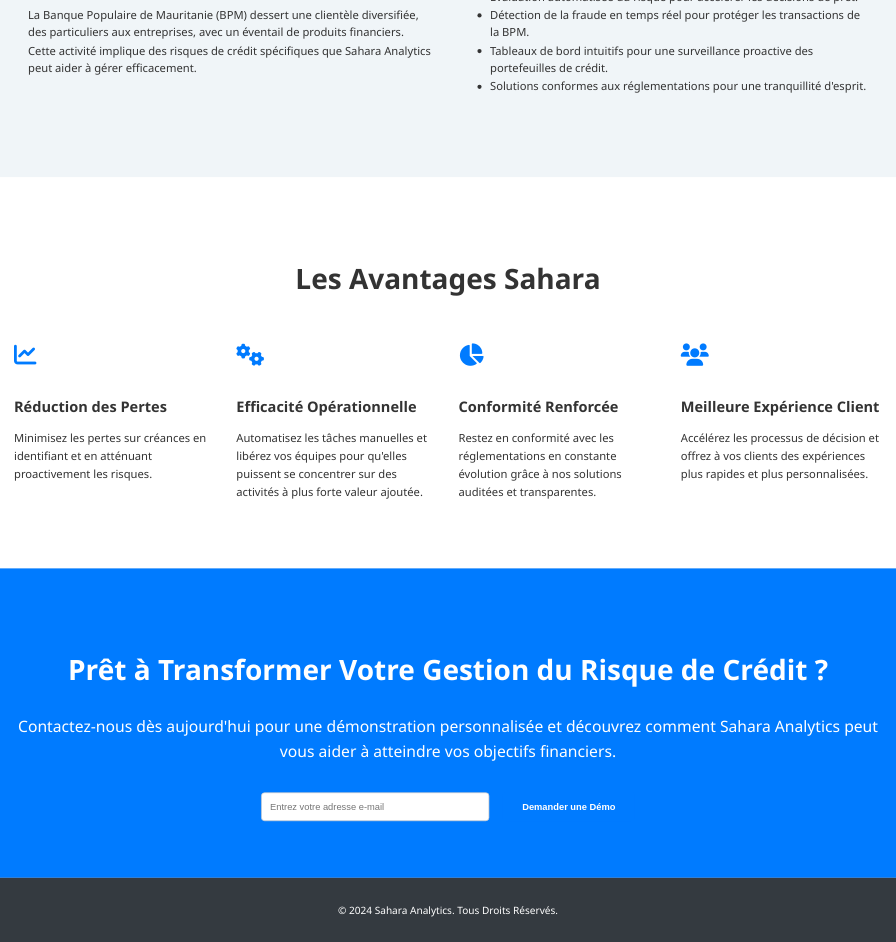
Repository: saharaAI/website
Page: landing_page/index.html
An editor plug-in stored every save of this project. The page is shown before and after the next save, followed by the edit.
The browser window is 1280 px wide. The pictures show the part of the page from y = 1830 to 3750 px (the page is 3176 px tall before and 3750 px after), at 70% of full size.

Above is the page before, as saved 2024-06-29 14:34:19.

### landing_page/index.html
<!DOCTYPE html>
<html lang="fr">
<head>
    <meta charset="UTF-8">
    <meta name="viewport" content="width=device-width, initial-scale=1.0">
    <title>Sahara Analytics - Révolutionnez Votre Gestion du Risque de Crédit</title>
    <link rel="stylesheet" href="https://cdnjs.cloudflare.com/ajax/libs/font-awesome/6.0.0-beta3/css/all.min.css">
    <style>
        /* GENERAL */
        body {
            font-family: 'Segoe UI', Tahoma, Geneva, Verdana, sans-serif;
            margin: 0;
            padding: 0;
            color: #333;
            background-color: #f5f5f5;
            line-height: 1.6;
        }

        a {
            text-decoration: none;
            color: #007bff;
            transition: color 0.3s ease;
        }

        a:hover {
            color: #0056b3;
        }

        .btn {
            display: inline-block;
            padding: 14px 28px;
            background-color: #007bff;
            color: #fff;
            border-radius: 5px;
            transition: background-color 0.3s ease;
            font-weight: 600;
            border: none;
        }

        .btn:hover {
            background-color: #0056b3;
            cursor: pointer;
        }

        /* HEADER */
        header {
            background-color: #343a40;
            color: #fff;
            padding: 30px 0;
            text-align: center;
            box-shadow: 0 2px 4px rgba(0,0,0,0.1);
        }

        header h1 {
            margin: 0;
            font-size: 3em;
            font-weight: 600;
        }

        header h2 {
            margin: 15px 0 0;
            font-size: 1.4em;
            font-weight: 300;
        }

        /* HERO SECTION */
        .hero {
            display: flex;
            justify-content: center;
            align-items: center;
            padding: 80px 20px;
            background-color: #ffffff;
        }

        .hero-image {
            flex: 1;
            margin-right: 40px;
            text-align: center;
        }

        .hero-image img {
            max-width: 100%;
            height: auto;
            border-radius: 10px;
            box-shadow: 0 4px 8px rgba(0,0,0,0.1);
        }

        .hero-text {
            flex: 1;
        }

        .hero-text h3 {
            font-size: 2em;
            margin-bottom: 20px;
            font-weight: 600;
        }

        .hero-text p {
            font-size: 1.3em;
            margin-bottom: 30px;
        }

        /* SERVICES SECTION */
        .services {
            text-align: center;
            padding: 80px 20px;
            background-color: #f8f9fa;
        }

        .services h2 {
            margin-bottom: 60px;
            font-size: 2.5em;
            font-weight: 600;
        }

        .services-grid {
            display: grid;
            grid-template-columns: repeat(auto-fit, minmax(300px, 1fr));
            grid-gap: 30px;
        }

        .service {
            background-color: #fff;
            border: 1px solid #ddd;
            border-radius: 10px;
            padding: 30px;
            text-align: left;
            box-shadow: 0 4px 8px rgba(0,0,0,0.1);
            transition: transform 0.3s ease;
        }

        .service:hover {
            transform: translateY(-5px);
        }

        .service img {
            width: 80px;
            height: 80px;
            margin-bottom: 20px;
            border-radius: 50%;
        }

        .service h3 {
            font-size: 1.6em;
            margin-bottom: 15px;
            font-weight: 600;
        }

        /* BENEFITS SECTION */
        .benefits {
            text-align: center;
            padding: 80px 20px;
            background-color: #ffffff;
        }

        .benefits h2 {
            margin-bottom: 60px;
            font-size: 2.5em;
            font-weight: 600;
        }

        .benefits-grid {
            display: grid;
            grid-template-columns: repeat(auto-fit, minmax(250px, 1fr));
            grid-gap: 30px;
        }

        .benefit {
            text-align: left;
        }

        .benefit i {
            font-size: 2em;
            color: #007bff;
            margin-bottom: 15px;
        }

        .benefit h4 {
            font-size: 1.3em;
            margin-bottom: 10px;
            font-weight: 600;
        }

        /* CALL TO ACTION */
        .cta {
            text-align: center;
            padding: 80px 20px;
            background-color: #007bff;
            color: #fff;
        }

        .cta h2 {
            margin-bottom: 30px;
            font-size: 2.5em;
            font-weight: 600;
        }

        .cta p {
            font-size: 1.4em;
            margin-bottom: 40px;
        }

        .cta form {
            display: inline-block;
        }

        .cta input[type="email"] {
            padding: 12px;
            border-radius: 5px;
            border: 1px solid #ccc;
            margin-right: 15px;
            width: 300px;
        }

        /* CUSTOM SECTION FOR BPM */
        .bpm-section {
            padding: 80px 20px;
            background-color: #f0f5f8; /* Light blue-grey */
        }

        .bpm-section h2 {
            text-align: center;
            margin-bottom: 40px;
            font-size: 2.5em;
            font-weight: 600;
        }

        .bpm-content {
            display: flex;
            flex-wrap: wrap;
            justify-content: space-around;
            align-items: center;
        }

        .bpm-text {
            flex: 1 1 400px; /* Adjust flex values as needed */
            margin: 20px;
        }

        .bpm-text ul {
            list-style-type: disc;
            padding-left: 40px; /* Indent list items */
        }

        /* FOOTER */
        footer {
            background-color: #343a40;
            color: #fff;
            text-align: center;
            padding: 20px 0;
            font-size: 0.9em;
        }

        /* Media Queries for Responsiveness */
        @media (max-width: 768px) {
            header h1 {
                font-size: 2.5em;
            }

            .hero {
                flex-direction: column;
            }

            .hero-image {
                margin-right: 0;
                margin-bottom: 30px;
            }

            .bpm-content {
                flex-direction: column; /* Stack elements vertically */
            }

            .bpm-text {
                flex: 1 1 100%; /* Take full width on small screens */
                margin: 20px 0; /* Reset margin for better spacing */
            }
        }
    </style>
</head>
<body>

    <header>
        <h1>Sahara Analytics</h1>
        <h2>Révolutionnez Votre Gestion du Risque de Crédit</h2>
    </header>

    <section class="hero">
        <div class="hero-image">
            <img src="images/hero.png" alt="Analyse de données">
        </div>
        <div class="hero-text">
            <h3>Des Décisions Plus Intelligentes. Des Risques Moindres.</h3>
            <p>Dans le paysage financier en évolution rapide d'aujourd'hui, la gestion efficace du risque de crédit est primordiale. Sahara Analytics vous donne les moyens de prendre des décisions éclairées, de minimiser les pertes et d'améliorer vos résultats.</p>
            <a href="#contact" class="btn">Obtenez une Démonstration</a>
        </div>
    </section>

    <section class="services">
        <h2>Nos Solutions</h2>
        <div class="services-grid">
            <div class="service">
                <img src="images/analyse.png" alt="Analyse de données">
                <h3>Analyse Automatisée du Risque</h3>
                <p>Évaluez la solvabilité des clients avec une précision et une rapidité inégalées grâce à nos modèles de Machine Learning de pointe.</p>
            </div>
            <div class="service">
                <img src="images/fraud.jpg" alt="Détection de la fraude">
                <h3>Détection de la Fraude</h3>
                <p>Protégez votre institution contre les activités frauduleuses grâce à nos algorithmes d'IA qui identifient et signalent les transactions suspectes en temps réel.</p>
            </div>
            <div class="service">
                <img src="images/portfolio.jpeg" alt="Gestion de portefeuille">
                <h3>Gestion de Portefeuille</h3>
                <p>Optimisez vos stratégies de prêt et améliorez la rentabilité en surveillant activement la santé de votre portefeuille de crédit et en anticipant les risques potentiels.</p>
            </div>
        </div>
    </section>


    <!-- Section spécifique à la BPM -->
    <section class="bpm-section">
        <h2>Proposition de Valeur pour la BPM</h2>

        <div class="bpm-content">

            <div class="bpm-text">
                <h3>Comprendre vos besoins</h3>
                <p>La Banque Populaire de Mauritanie (BPM) dessert une clientèle diversifiée, des particuliers aux entreprises, avec un éventail de produits financiers. Cette activité implique des risques de crédit spécifiques que Sahara Analytics peut aider à gérer efficacement.</p>
            </div>

            <div class="bpm-text">
                <h3>Solutions sur mesure</h3>
                <ul>
                    <li>Évaluation automatisée du risque pour accélérer les décisions de prêt.</li>
                    <li>Détection de la fraude en temps réel pour protéger les transactions de la BPM.</li>
                    <li>Tableaux de bord intuitifs pour une surveillance proactive des portefeuilles de crédit.</li>
                    <li>Solutions conformes aux réglementations pour une tranquillité d'esprit.</li>
                </ul>
            </div>

        </div>
    </section>


    <section class="benefits">
        <h2>Les Avantages Sahara</h2>
        <div class="benefits-grid">
            <div class="benefit">
                <i class="fas fa-chart-line"></i>
                <h4>Réduction des Pertes</h4>
                <p>Minimisez les pertes sur créances en identifiant et en atténuant proactivement les risques.</p>
            </div>
            <div class="benefit">
                <i class="fas fa-cogs"></i>
                <h4>Efficacité Opérationnelle</h4>
                <p>Automatisez les tâches manuelles et libérez vos équipes pour qu'elles puissent se concentrer sur des activités à plus forte valeur ajoutée.</p>
            </div>
            <div class="benefit">
                <i class="fas fa-chart-pie"></i>
                <h4>Conformité Renforcée</h4>
                <p>Restez en conformité avec les réglementations en constante évolution grâce à nos solutions auditées et transparentes.</p>
            </div>
            <div class="benefit">
                <i class="fas fa-users"></i>
                <h4>Meilleure Expérience Client</h4>
                <p>Accélérez les processus de décision et offrez à vos clients des expériences plus rapides et plus personnalisées.</p>
            </div>
        </div>
    </section>

    <section class="cta" id="contact">
        <h2>Prêt à Transformer Votre Gestion du Risque de Crédit ?</h2>
        <p>Contactez-nous dès aujourd'hui pour une démonstration personnalisée et découvrez comment Sahara Analytics peut vous aider à atteindre vos objectifs financiers.</p>
        <form action="/submit" method="post">
            <input type="email" name="email" placeholder="Entrez votre adresse e-mail" required>
            <button type="submit" class="btn">Demander une Démo</button>
        </form>
    </section>

    <footer>
        <p>© 2024 Sahara Analytics. Tous Droits Réservés.</p>
    </footer>

</body>
</html>

After the next save:
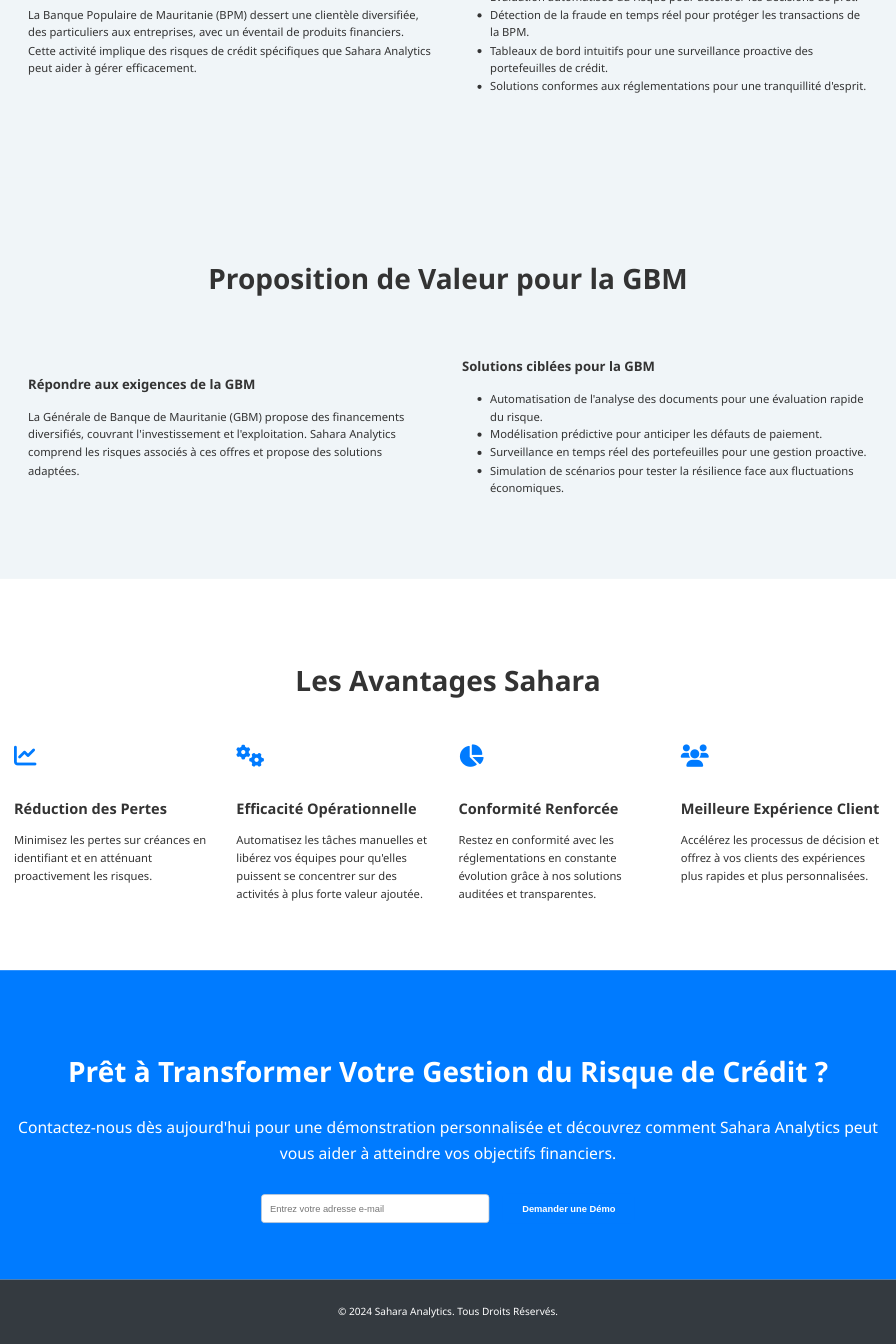
Saved 7 s later.
--- a/landing_page/index.html
+++ b/landing_page/index.html
@@ -212,32 +212,32 @@
             width: 300px;
         }
 
-        /* CUSTOM SECTION FOR BPM */
-        .bpm-section {
+        /* CUSTOM SECTION FOR BPM & GBM */
+        .custom-section {
             padding: 80px 20px;
             background-color: #f0f5f8; /* Light blue-grey */
         }
 
-        .bpm-section h2 {
+        .custom-section h2 {
             text-align: center;
             margin-bottom: 40px;
             font-size: 2.5em;
             font-weight: 600;
         }
 
-        .bpm-content {
+        .custom-content {
             display: flex;
             flex-wrap: wrap;
             justify-content: space-around;
             align-items: center;
         }
 
-        .bpm-text {
+        .custom-text {
             flex: 1 1 400px; /* Adjust flex values as needed */
             margin: 20px;
         }
 
-        .bpm-text ul {
+        .custom-text ul {
             list-style-type: disc;
             padding-left: 40px; /* Indent list items */
         }
@@ -266,11 +266,11 @@
                 margin-bottom: 30px;
             }
 
-            .bpm-content {
+            .custom-content {
                 flex-direction: column; /* Stack elements vertically */
             }
 
-            .bpm-text {
+            .custom-text {
                 flex: 1 1 100%; /* Take full width on small screens */
                 margin: 20px 0; /* Reset margin for better spacing */
             }
@@ -318,17 +318,17 @@
 
 
     <!-- Section spécifique à la BPM -->
-    <section class="bpm-section">
+    <section class="custom-section">
         <h2>Proposition de Valeur pour la BPM</h2>
 
-        <div class="bpm-content">
-
-            <div class="bpm-text">
+        <div class="custom-content">
+
+            <div class="custom-text">
                 <h3>Comprendre vos besoins</h3>
                 <p>La Banque Populaire de Mauritanie (BPM) dessert une clientèle diversifiée, des particuliers aux entreprises, avec un éventail de produits financiers. Cette activité implique des risques de crédit spécifiques que Sahara Analytics peut aider à gérer efficacement.</p>
             </div>
 
-            <div class="bpm-text">
+            <div class="custom-text">
                 <h3>Solutions sur mesure</h3>
                 <ul>
                     <li>Évaluation automatisée du risque pour accélérer les décisions de prêt.</li>
@@ -340,6 +340,31 @@
 
         </div>
     </section>
+
+
+        <!-- Section spécifique à la GBM -->
+        <section class="custom-section">
+            <h2>Proposition de Valeur pour la GBM</h2>
+
+            <div class="custom-content">
+
+                <div class="custom-text">
+                    <h3>Répondre aux exigences de la GBM</h3>
+                    <p>La Générale de Banque de Mauritanie (GBM) propose des financements diversifiés, couvrant l'investissement et l'exploitation. Sahara Analytics comprend les risques associés à ces offres et propose des solutions adaptées.</p>
+                </div>
+
+                <div class="custom-text">
+                    <h3>Solutions ciblées pour la GBM</h3>
+                    <ul>
+                        <li>Automatisation de l'analyse des documents pour une évaluation rapide du risque.</li>
+                        <li>Modélisation prédictive pour anticiper les défauts de paiement.</li>
+                        <li>Surveillance en temps réel des portefeuilles pour une gestion proactive.</li>
+                        <li>Simulation de scénarios pour tester la résilience face aux fluctuations économiques.</li>
+                    </ul>
+                </div>
+
+            </div>
+        </section>
 
 
     <section class="benefits">
